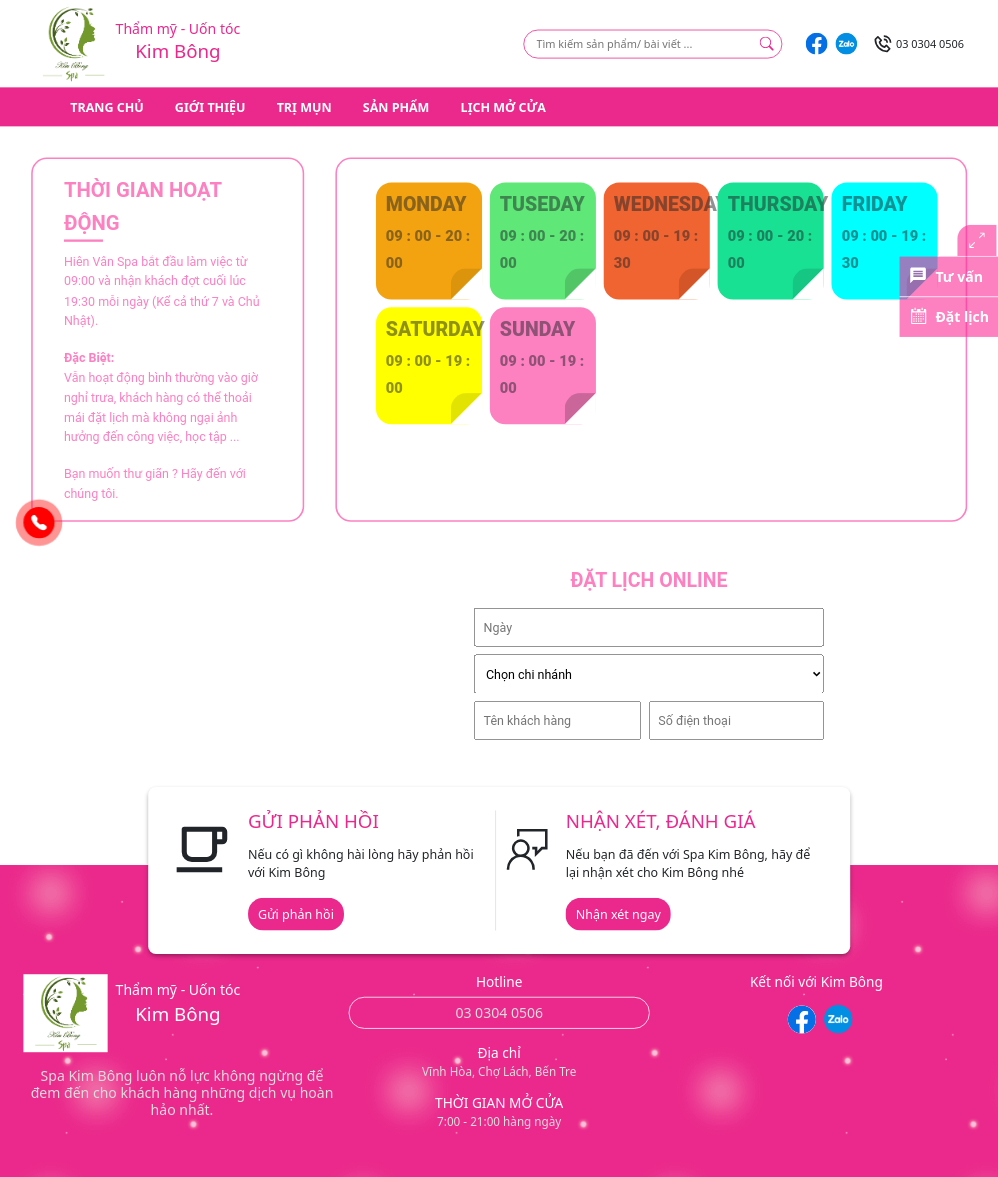
Repository: tranduykhuong/SpaKimBong
Page: /calendar
The author's editor kept a copy of each file at every save. The page is drawn from the files as they stood at one save, then again after the next save.
The browser window is 1280 px wide. The pictures show the whole page, at 78% of full size.
The project was rebuilt for these pictures with package versions that can differ from the ones it lists, and the page was loaded fresh each time. Also part of the build but not shown: src/components/Banner/banner.scss, src/components/Banner/Banner.js, src/pages/Home/home.scss, src/pages/Home/ListImage/listImage.scss, src/pages/Home/ListImage/ListImage.js, src/pages/Home/BookOnline/bookOnl.scss, src/pages/Home/BookOnline/Modal/ModalBook/modalbook.scss, src/pages/Home/BookOnline/Modal/ModalBook/modalbook.js and 24 more.

Above is the page before, as saved 2022-06-07 22:59:55.

After the next save:
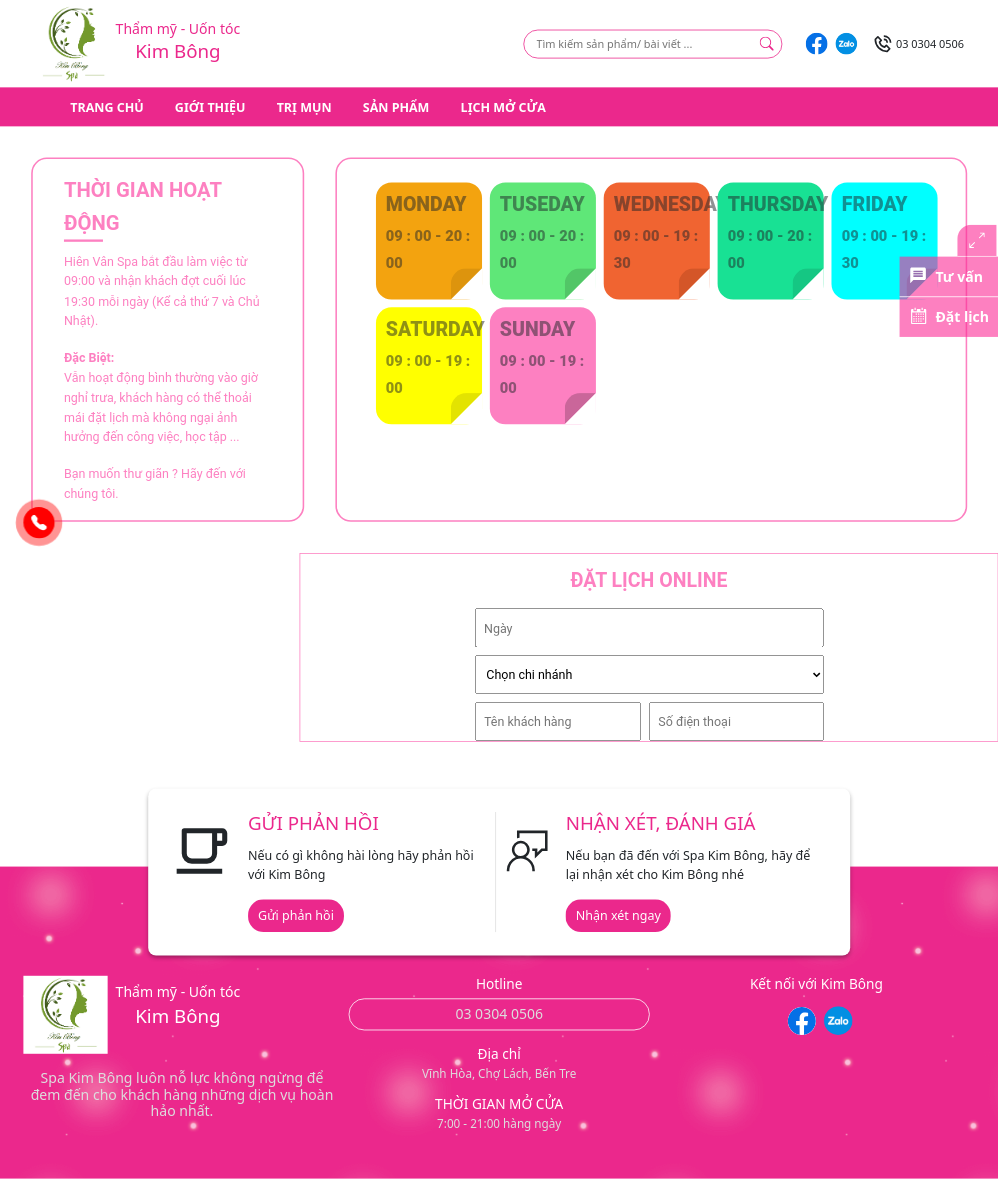
Saved 40 s later.
--- a/src/pages/Calendar/calendar.scss
+++ b/src/pages/Calendar/calendar.scss
@@ -304,6 +304,7 @@
 
       .book-calendar-form {
         width: 70%;
+        border: solid 1px #fd80c1;
 
         .book-title{
           p{
